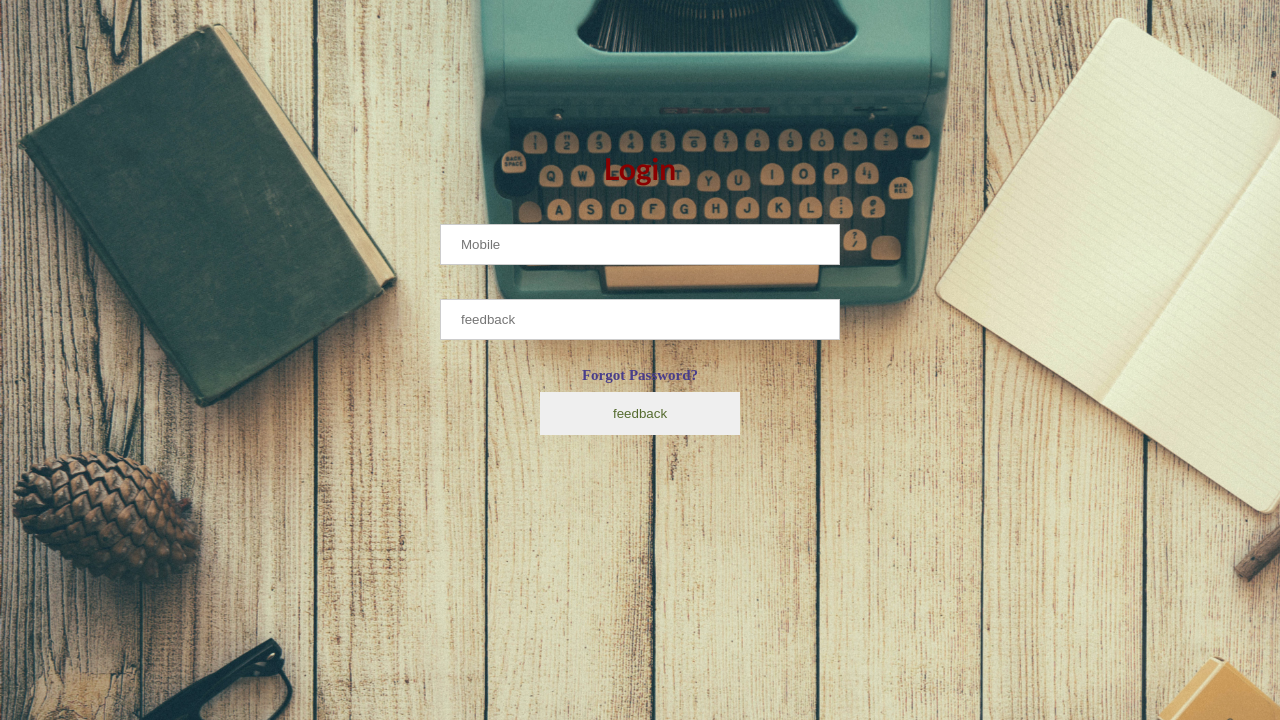
Repository: NAYAN9534/vehicle-booking-system
Page: http://localhost/minor/feedbackform.jsp
These files come from the project's save history. The page is drawn as it stood at one moment and after the next save; the edit follows.
The browser window is 1280 px wide. The pictures show the whole page.
The page is served by Tomcat 9.

Above is the page before, as saved 2017-05-27 18:12:20.

### minor/WebContent/feedbackform.jsp

<!DOCTYPE html>
<html>
<head>
	<title>Login</title>
	<link rel="icon"type="image" href="Logo.jpg"/>   <!--fav icon tag-->
</head>
<style type="text/css">

.signbtn
{
  padding: 14px 20px;
  background-color: lightblue;

}
button .signbtn: hover
{
	box-shadow: 10px 10px 5px #;
}
button
{

    color:  #556B2F;
    padding: 14px 20px;
    margin: 8px 0;
    border: none;
    cursor: pointer;
    width:200px;
    transition-duration: 0.4s;
}
input[type=text], input[type=password]
{
    width: 400px;
    padding: 12px 20px;
    margin: 8px 0;
    display: inline-block;
    border: 1px solid #ccc;
    box-sizing: border-box;
}
#login p
{
font-family: calibri;
font-size: 30px;
color:  #8B0000;
}
body {
    background-image: url("68516858-notepad-wallpapers.jpeg");
    background-size: 1366px auto;
}
#login
{
    margin-top: 150px;
}

#login a
{
    text-decoration: none;
    color:      #CD5C5C;
}
#login .forgot
{
    color:  #483D8B;
    font-size: 15px;
}
</style>
<body>
<div id="login">
<center>
<p><b>Login</b></p>
<form action ="feedbackconn.jsp" method="post">
	<input type="text" name="mobile" id="txt_name" placeholder="Mobile"/><br><br>
	<input type="text" name="Feedback" id="txt_Password" placeholder="feedback"/><br><br>
    <a class="forgot" href="forgotpassword.jsp"><b>Forgot Password?</b></a><br>
	<button type="submit">feedback</button>
</form>
</center>
</div>
</body>
</html>

After the next save:
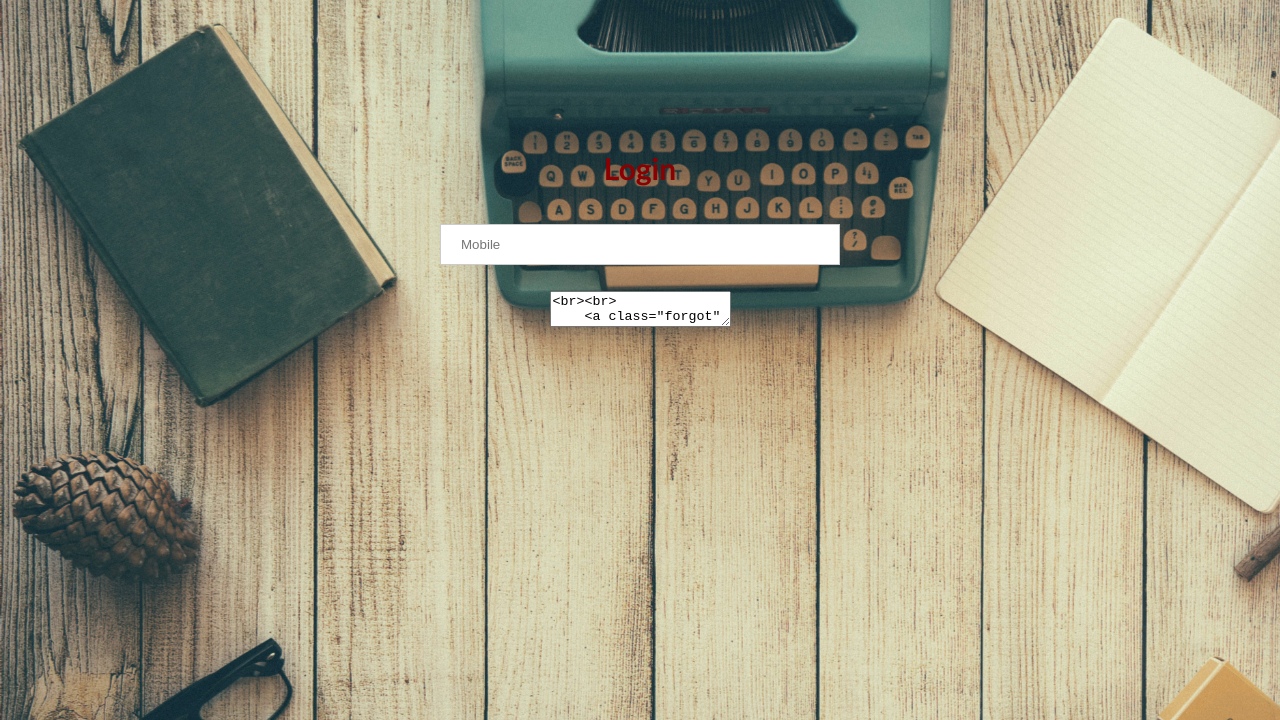
Saved 107 s later.
--- a/minor/WebContent/feedbackform.jsp
+++ b/minor/WebContent/feedbackform.jsp
@@ -69,7 +69,7 @@
 <p><b>Login</b></p>
 <form action ="feedbackconn.jsp" method="post">
 	<input type="text" name="mobile" id="txt_name" placeholder="Mobile"/><br><br>
-	<input type="text" name="Feedback" id="txt_Password" placeholder="feedback"/><br><br>
+	<textarea type="text" name="Feedback" id="txt_Password" placeholder="feedback"/><br><br>
     <a class="forgot" href="forgotpassword.jsp"><b>Forgot Password?</b></a><br>
 	<button type="submit">feedback</button>
 </form>

After the save that followed:
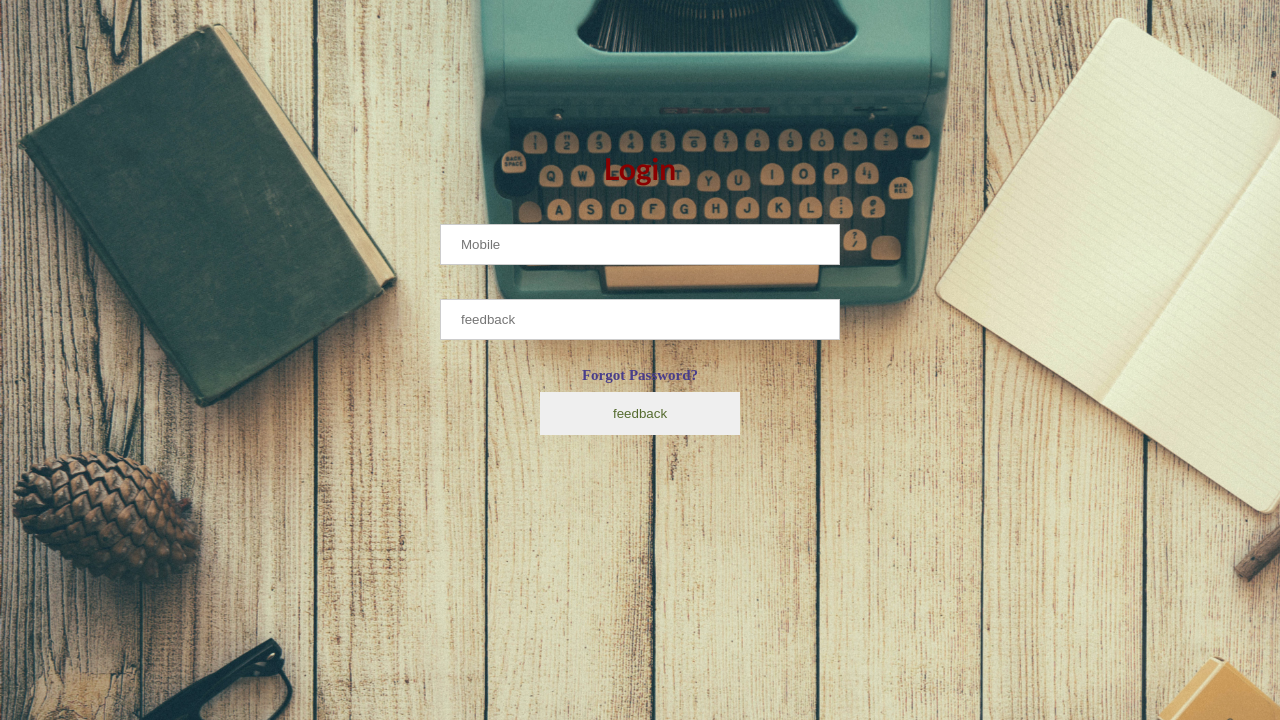
Saved 35 s later.
--- a/minor/WebContent/feedbackform.jsp
+++ b/minor/WebContent/feedbackform.jsp
@@ -69,7 +69,7 @@
 <p><b>Login</b></p>
 <form action ="feedbackconn.jsp" method="post">
 	<input type="text" name="mobile" id="txt_name" placeholder="Mobile"/><br><br>
-	<textarea type="text" name="Feedback" id="txt_Password" placeholder="feedback"/><br><br>
+	<input type="text" name="Feedback" id="txt_Password" placeholder="feedback"/><br><br>
     <a class="forgot" href="forgotpassword.jsp"><b>Forgot Password?</b></a><br>
 	<button type="submit">feedback</button>
 </form>
